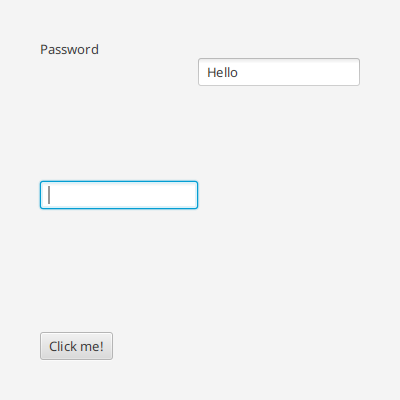
Repository: Tomcat-Seaotter/Java
Program's window: java code14/Lesson41/src/application/Lesson42.java
These files come from the project's save history. The program's window is drawn as it stood at one moment and after the next save; the edit follows.
It runs on Java 21 on a 1366 x 768 screen with JavaFX 11; the title bar is not drawn.

Above is the program's window before, as saved 2018-12-21 23:10:35.

### code14/Lesson41/src/application/Lesson42.java
package application;

import javafx.application.Application;
import javafx.geometry.Insets;
import javafx.scene.Scene;
import javafx.scene.control.Button;
import javafx.scene.control.Label;
import javafx.scene.control.TextField;
import javafx.scene.layout.BorderPane;
import javafx.stage.Stage;

public class Lesson42 extends Application {

	@Override
	public void start(Stage stage) throws Exception {
		// TODO Auto-generated method stub
		Label lab1 = new Label();
		lab1.setText("UserName");
		Label lab2 = new Label();
		lab1.setText("Password");
		TextField tx1 = new TextField();
		TextField tx2 = new TextField("Hello");
		Button btn1 = new Button("Click me!");
		BorderPane pane1 = new BorderPane();
		pane1.setPadding(new Insets(40,40,40,40));
		pane1.setTop(lab1);
		pane1.setLeft(lab2);
		pane1.setCenter(tx1);
		pane1.setRight(tx2);
		pane1.setBottom(btn1);
		Scene scene1 = new Scene(pane1,400,400);
		stage.setTitle("BorderPane");
		stage.setScene(scene1);
		stage.show();
	}

	public static void main(String[] args) {
		// TODO Auto-generated method stub
		Application.launch(args);

	}

}

After the next save:
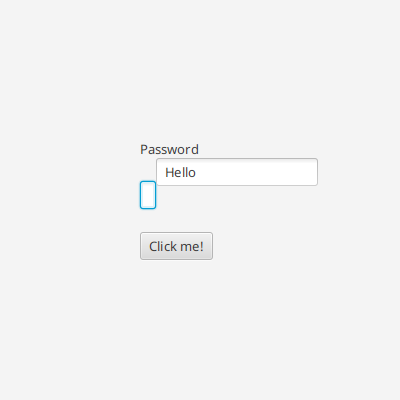
Saved 64 s later.
--- a/code14/Lesson41/src/application/Lesson42.java
+++ b/code14/Lesson41/src/application/Lesson42.java
@@ -22,7 +22,7 @@
 		TextField tx2 = new TextField("Hello");
 		Button btn1 = new Button("Click me!");
 		BorderPane pane1 = new BorderPane();
-		pane1.setPadding(new Insets(40,40,40,40));
+		pane1.setPadding(new Insets(140,140,140,140));
 		pane1.setTop(lab1);
 		pane1.setLeft(lab2);
 		pane1.setCenter(tx1);
